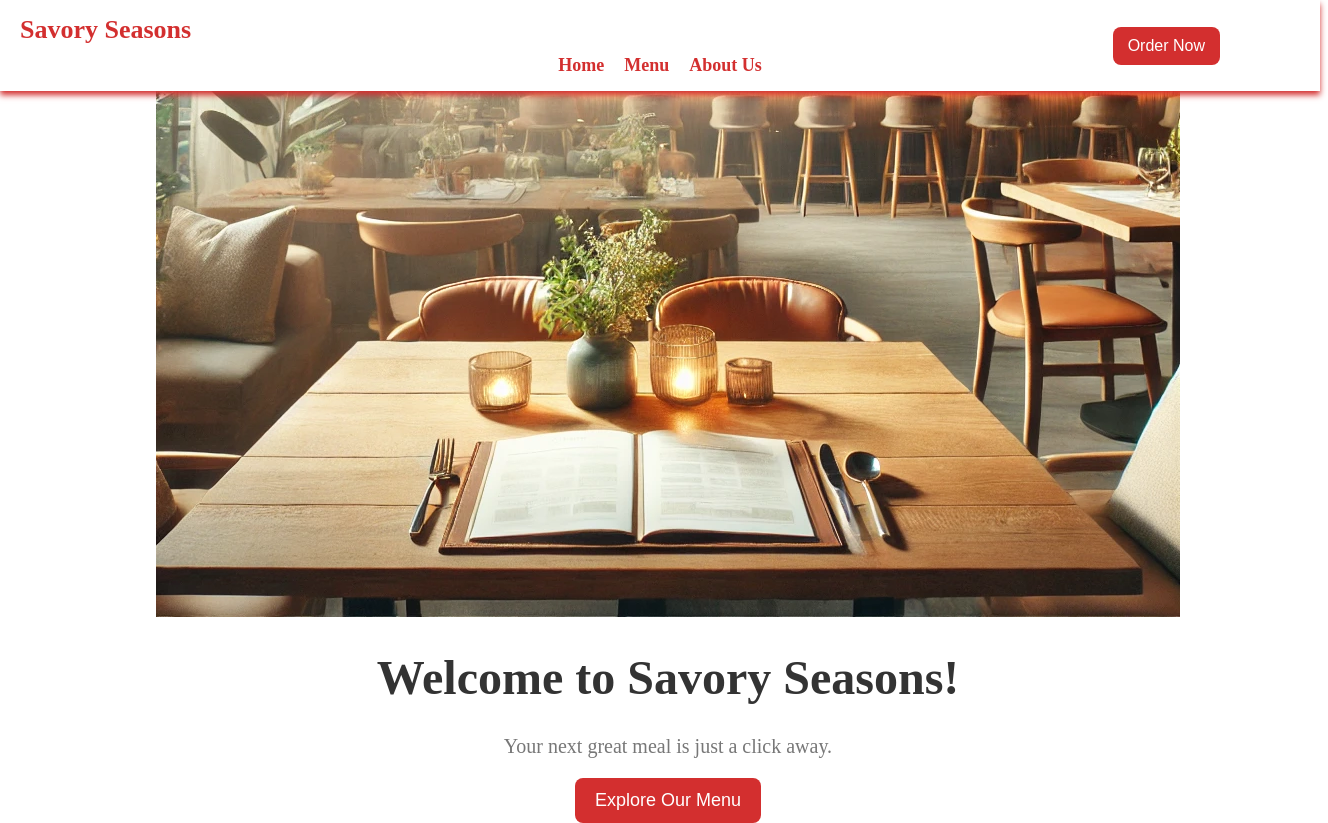
Repository: KalebMalone/Resturant
Page: / (app in my-app/)
These files come from the project's save history. The page is drawn as it stood at one moment and after a run of saves; the edit follows.
The browser window is 1280 px wide. The page is 1328 px wide, so the pictures cover 1328 px, including what lies to the right of the window. The pictures show the whole page.
The project was rebuilt for these pictures with package versions that can differ from the ones it lists, and the page was loaded fresh each time. Also part of the build but not shown: my-app/vite.config.js, my-app/src/index.css, my-app/src/components/Menu.jsx, my-app/src/pages/AboutUs.jsx, my-app/src/components/OrderPage.jsx.

Above is the page before, as saved 2025-03-16 17:50:36.

### my-app/src/App.jsx
// src/App.js
import React from 'react';
import { BrowserRouter as Router, Routes, Route } from 'react-router-dom';
import NavBar from './components/NavBar';
import Home from './pages/Home';
import Menu from './components/Menu';
import AboutUs from './pages/AboutUs';
import OrderPage from './components/OrderPage';

function App() {
  return (
    <Router>
      <NavBar />
      <Routes>
        <Route path="/" element={<Home />} />
        <Route path="/menu" element={<Menu />} />
        <Route path="/about" element={<AboutUs />} />
        <Route path="/order" element={<OrderPage />} />
      </Routes>
    </Router>
  );
}

export default App;

### my-app/src/components/NavBar.jsx
import { Link, useNavigate } from "react-router-dom";
import styled from "styled-components";

// Styling for the Header (Navbar container)
const Header = styled.header`
  position: fixed;
  top: 0;
  left: 0;
  width: 100%;
  background-color: rgb(255, 255, 255);
  padding: 15px 20px;
  box-shadow: 0 4px 6px #d32f2f;
  z-index: 1000;
`;

// Title of the Navbar, clickable to navigate to Home
const Title = styled.h1`
  font-size: 26px;
  font-weight: bold;
  color: #d32f2f;
  margin: 0;
  padding: 0;
  cursor: pointer;
  &:hover {
    color: #b71c1c;
  }
`;

// Navigation container for the links
const Navigation = styled.nav`
  display: flex;
  gap: 20px;
  justify-content: center;
  margin-top: 10px;
`;

// Styling for individual navigation links
const StyledNavLink = styled(Link)`
  text-decoration: none;
  color: #d32f2f;
  font-weight: bold;
  font-size: 18px;
  &:hover {
    color: #b71c1c;
  }
`;

// Styling for the Order Now button
const OrderButton = styled.button`
  background: #d32f2f;
  color: white;
  border: none;
  padding: 10px 15px;
  border-radius: 8px;
  cursor: pointer;
  font-size: 16px;
  position: absolute;
  right: 100px;
  top: 50%;
  transform: translateY(-50%);
  &:hover {
    background: #b71c1c;
  }
`;

function NavBar() {
    const navigate = useNavigate();  // Hook to programmatically navigate

    const handleOrderNow = () => {
        navigate("/order");  // Navigates to the OrderPage
    };

    return (
        <Header>
            <Link to="/" style={{ textDecoration: 'none' }}>
                <Title>Savory Seasons</Title>
            </Link>
            <Navigation>
                <StyledNavLink to="/">Home</StyledNavLink>
                <StyledNavLink to="/menu">Menu</StyledNavLink>
                <StyledNavLink to="/about">About Us</StyledNavLink>
            </Navigation>

            {/* Order Now Button */}
            <OrderButton onClick={handleOrderNow}>Order Now</OrderButton>
        </Header>
    );
}

export default NavBar;

### my-app/src/pages/Home.jsx
import React from 'react';
import { useNavigate } from 'react-router-dom';
import styled from 'styled-components';

const Container = styled.div`
  background-color: #fff;
  display: flex;
  flex-direction: column;
  align-items: center;
  justify-content: center;
  height: 50vh;
  width: 100vw;
  text-align: center;
  padding: 20px;
  margin: 0;
`;

const Heading = styled.h1`
  font-size: 48px;
  color: #333;
  margin-bottom: 10px;
`;

const SubHeading = styled.p`
  font-size: 20px;
  color: #777;
  margin-bottom: 20px;
`;

const Button = styled.button`
  background-color: #d32f2f;
  color: white;
  font-size: 18px;
  padding: 12px 20px;
  border: none;
  border-radius: 8px;
  cursor: pointer;
  &:hover {
    background-color: #b71c1c;
  }
`;

const Image = styled.img`
  width: 100%;
  max-width: 500px;
  border-radius: 10px;
  margin-bottom: 20px;
`;

function Home() {
    const navigate = useNavigate(); // Initialize the navigation hook

    const goToMenu = () => {
        navigate("/menu"); // Navigate to the menu page when button is clicked
    };

    return (
        <Container>
            <img alt="Restaurant" src="/images/restaurant.jpg" />
            <Heading>Welcome to Savory Seasons!</Heading>
            <SubHeading>Your next great meal is just a click away.</SubHeading>
            <Button onClick={goToMenu}>Explore Our Menu</Button>
        </Container>
    );
}

export default Home;

Loaded but not shown: my-app/index.html (common file); my-app/src/main.jsx (common file)

After the next 4 saves:
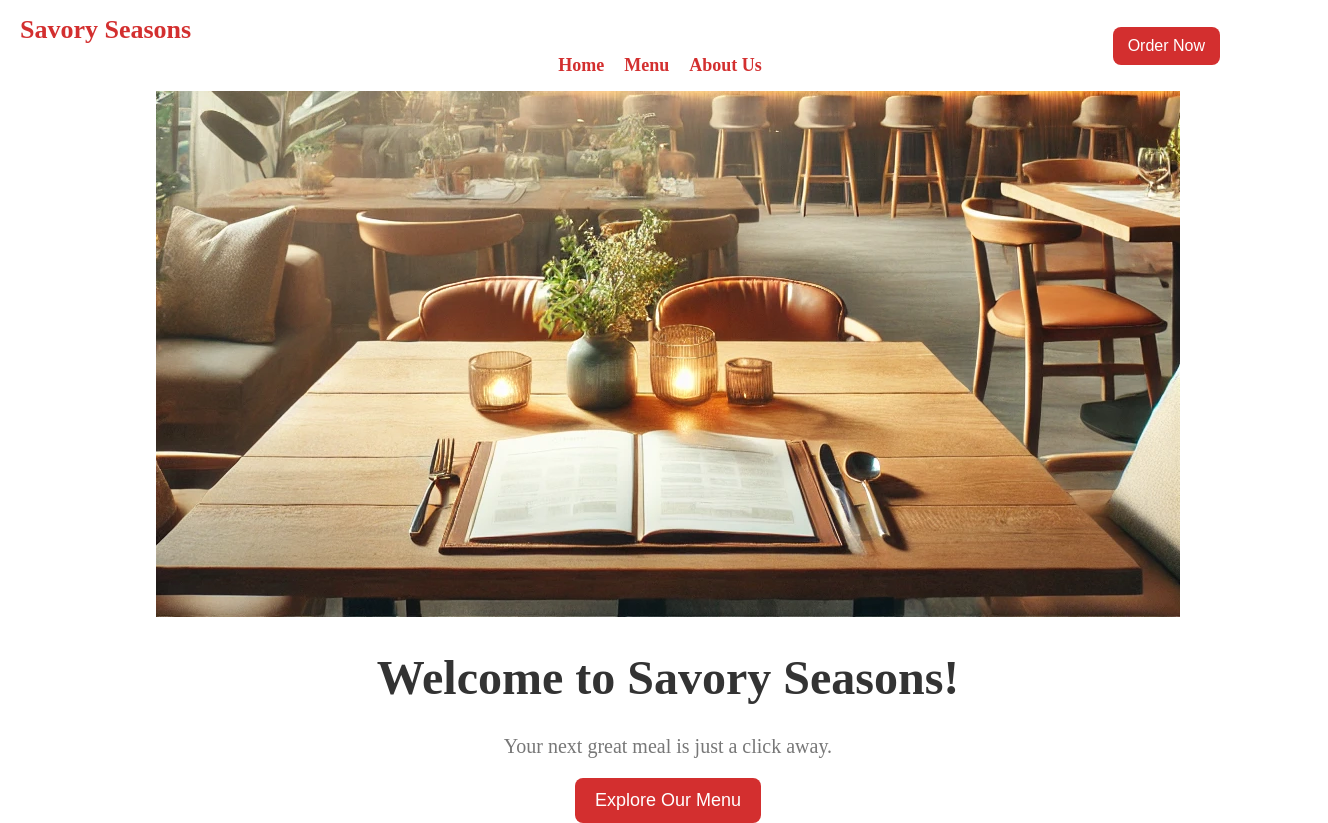
The 4 saves are shown as one change because they came seconds apart.
The last was saved 12 s later.
--- a/my-app/src/components/NavBar.jsx
+++ b/my-app/src/components/NavBar.jsx
@@ -9,7 +9,7 @@
   width: 100%;
   background-color: rgb(255, 255, 255);
   padding: 15px 20px;
-  box-shadow: 0 4px 6px #d32f2f;
+  box-shadow: 0 4px 6pxrgb(22, 22, 22);
   z-index: 1000;
 `;
 

After the save that followed:
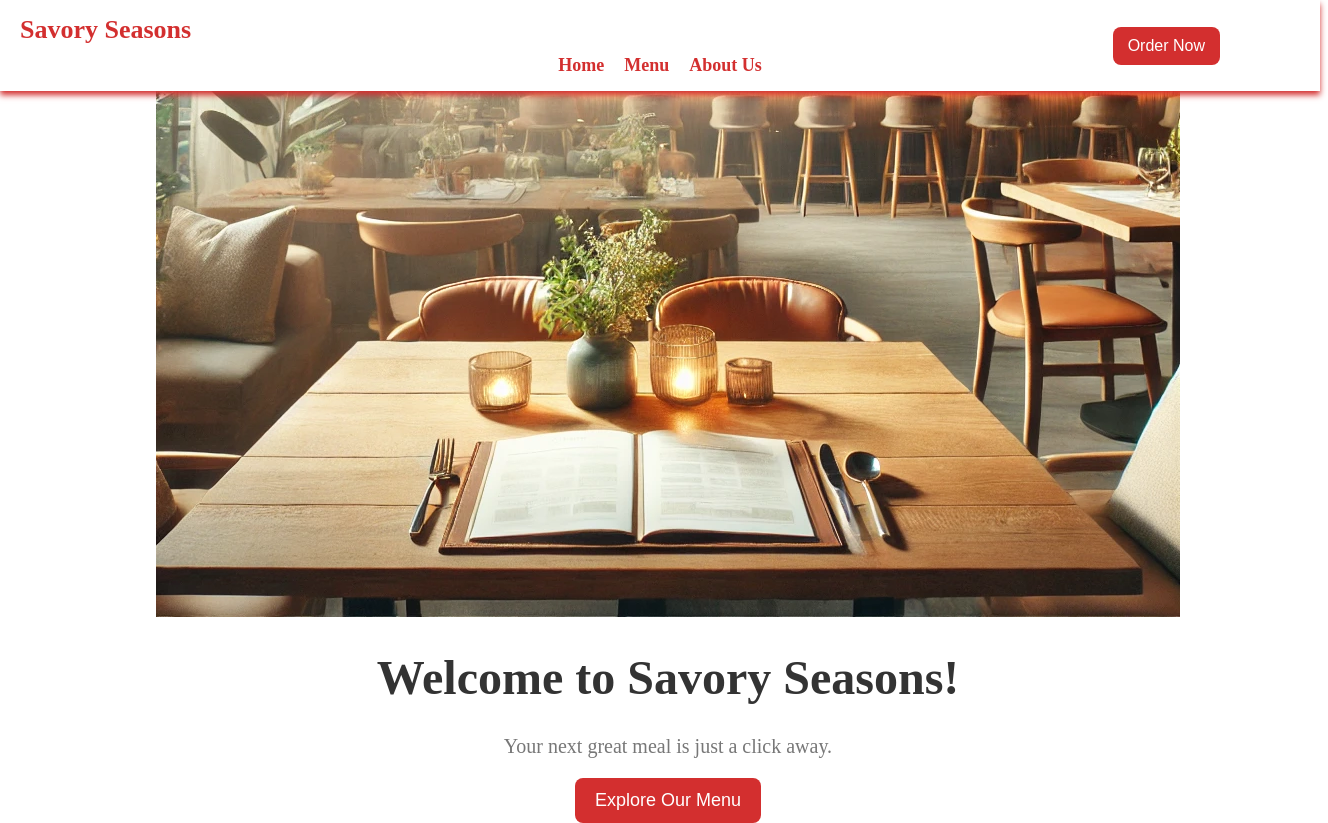
Saved 4 s later.
--- a/my-app/src/components/NavBar.jsx
+++ b/my-app/src/components/NavBar.jsx
@@ -9,7 +9,7 @@
   width: 100%;
   background-color: rgb(255, 255, 255);
   padding: 15px 20px;
-  box-shadow: 0 4px 6pxrgb(22, 22, 22);
+  box-shadow: 0 4px 6px #d32f2f;
   z-index: 1000;
 `;
 
